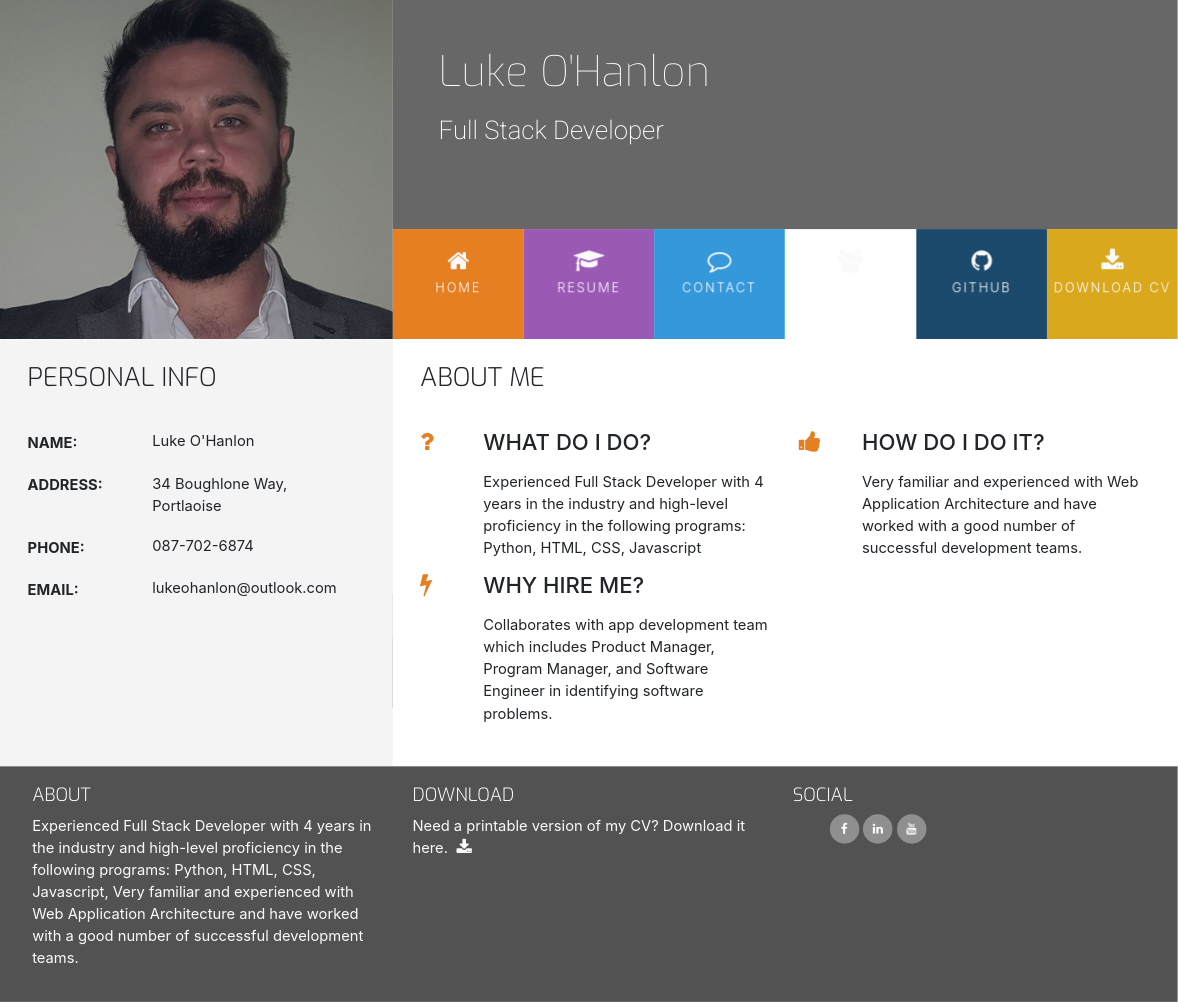
Repository: luke0han/my-resume
Page: index.html
The author's editor kept a record of every edit. The page is drawn from the files as they stood at one moment, then again after the next edit.
The browser window is 1280 px wide. The pictures show the whole page, at 92% of full size.

Above is the page before.

### index.html
<!DOCTYPE html>
<html lang="en">

<head>
    <meta charset="UTF-8">
    <meta name="viewport" content="width=device-width, initial-scale=1.0">
    <meta http-equiv="X-UA-Compatible" content="ie=edge">
    <link rel="stylesheet" href="https://stackpath.bootstrapcdn.com/bootstrap/4.3.1/css/bootstrap.min.css" type="text/css" />
    <link rel="stylesheet" href="https://stackpath.bootstrapcdn.com/font-awesome/4.7.0/css/font-awesome.min.css">
    <link href="https://fonts.googleapis.com/css?family=Lato:300,400&display=swap" rel="stylesheet">
    <link rel="stylesheet" href="https://cdnjs.cloudflare.com/ajax/libs/hover.css/2.3.1/css/hover-min.css" type="text/css" />
    <link rel="stylesheet" href="assets/css/style.css">
    <title>Luke O'Hanlon</title>
</head>

<body>
   <header>
        <div class="row no-gutters">
            <a class="col-md-4 logo" href="02-index.html"></a>
            <div class="col-md-8">
                <div class="row no-gutters bg-color-name-title">
                    <div class="col heading">
                        <h1 class="name">Luke O'Hanlon</h1>
                        <h2 class="title">Full Stack Developer</h2>
                    </div>
                </div>
                <div class="row no-gutters">
                    <div class="col">
                        <ul id="nav" class="list-inline menucontainer">
                            <li class="col-6 col-sm-2 ui-menu-color-home list-inline-item menuitem">
                                <a href="index.html" class="hvr-sweep-to-bottom"><i class="fa fa-home" aria-hidden="true"></i><span>Home</span></a>
                            </li>
                            <li class="col-6 col-sm-2 ui-menu-color-resume list-inline-item menuitem">
                                <a href="resume.html" class="hvr-sweep-to-bottom"><i class="fa fa-graduation-cap" aria-hidden="true"></i><span>Resume</span></a>
                            </li>
                            <li class="col-6 col-sm-2 ui-menu-color-contact list-inline-item menuitem">
                                <a href="contact.html" class="hvr-sweep-to-bottom"><i class="fa fa-comment-o" aria-hidden="true"></i><span>Contact</span></a>
                            </li>
                            <li class="col-6 col-sm-2 ui-menu-color-interests list-inline-item menuitem">
                                <a href="interests.html" class="hvr-sweep-to-bottom"><i class="fa fa-users" aria-hidden="true"></i><span>Interests</span></a>
                            </li>
                            <li class="col-6 col-sm-2 ui-menu-color-github list-inline-item menuitem">
                                <a href="github.html" class="hvr-sweep-to-bottom"><i class="fa fa-github" aria-hidden="true"></i><span>GitHub</span></a>
                            </li>
                            <li class="col-6 col-sm-2 ui-menu-color-download list-inline-item menuitem">
                                <a href="assets/cv/sample-cv.pdf" target="_blank" class="hvr-sweep-to-bottom"><i class="fa fa-download" aria-hidden="true"></i><span>Download CV</span></a>
                            </li>
                        </ul>
                    </div>
                </div>
                </div>
            </div>
        </div>
    </header>

    <section class="container-fluid">
        <div class="row">
            <div class="col-md-4 bg-color-personal-info section-column">
                <div class="row">
                    <div class="col-12">
                        <h3 class="section-heading uppercase">Personal Info</h3>
                    </div>
                </div>
                <div class="personal-info-item">
                    <div class="key">
                        <p class="uppercase">
                            Name:
                        </p>
                    </div>
                    <div class="value">
                        <p>
                            Luke O'Hanlon
                        </p>

                    </div>
                </div>
                <div class="personal-info-item">
                    <div class="key">
                        <p class="uppercase">
                            Address:
                        </p>
                    </div>
                    <div class="value">
                        <p>
                            34 Boughlone Way, Portlaoise
                        </p>
                    </div>
                </div>
                <div class="personal-info-item">
                    <div class="key">
                        <p class="uppercase">
                            Phone:
                        </p>
                    </div>
                    <div class="value">
                        <p>
                            087-702-6874
                        </p>
                    </div>
                </div>
                <div class="personal-info-item">
                    <div class="key">
                        <p class="uppercase">
                            Email:
                        </p>
                    </div>
                    <div class="value">
                        <p>
                            lukeohanlon@outlook.com
                        </p>
                    </div>
                </div>
            </div>
            <div class="col-md-8 bg-color-three-reasons section-column">
                <div class="row">
                    <div class="col">
                        <h3 class="section-heading uppercase">About me</h3>
                    </div>
                </div>
                <div class="row">
                    <div class="col-10 offset-1 offset-sm-0 col-sm-4 col-md-6">
                        <div class="row">
                            <div class="col-2">
                                <i class="three-reasons-icon fa fa-question" aria-hidden="true"></i>
                            </div>
                            <div class="col-10">
                                <h4 class="three-reasons-heading uppercase">What do I do?</h4>
                                <p>Experienced Full Stack Developer with 4 years in the industry and high-level proficiency in the following programs: Python, HTML, CSS, Javascript</p>
                            </div>
                        </div>
                    </div>
                    <div class="col-10 offset-1 offset-sm-0 col-sm-4 col-md-6">
                        <div class="row">
                            <div class="col-2">
                                <i class="three-reasons-icon fa fa-thumbs-up" aria-hidden="true"></i>
                            </div>
                            <div class="col-10">
                                <h4 class="three-reasons-heading uppercase">How do I do it?</h4>
                                <p>Very familiar and experienced with Web Application Architecture and have worked with a good number of successful development teams.</p>
                            </div>

                        </div>
                    </div>
                    <div class="col-10 offset-1 offset-sm-0 col-sm-4 col-md-6">
                        <div class="row">
                            <div class="col-2">
                                <i class="three-reasons-icon fa fa-bolt" aria-hidden="true"></i>
                            </div>
                            <div class="col-10">
                                <h4 class="three-reasons-heading uppercase">Why hire me?</h4>
                                <p>Collaborates with app development team which includes Product Manager, Program Manager, and Software Engineer in identifying software problems.</p>
                            </div>

                        </div>
                    </div>
                </div>
            </div>
        </div>

    </section>
    <footer class="container-fluid">
        <div id="footer-details" class="row">
            <div class="col-sm-4">
                <h5 class="uppercase general-sub">About</h5>
                <p class="inline-block">
                    Experienced Full Stack Developer with 4 years in the industry and high-level proficiency in the following programs: Python, HTML, CSS, Javascript, Very familiar and experienced with Web Application Architecture and have worked with a good number of successful
                    development teams.
                </p>
            </div>
            <div class="col-sm-4">
                <h5 class="uppercase general-sub">Download</h5>
                <p class="inline-block">
                    Need a printable version of my CV? Download it here.
                    <a href="assets/cv/Luke O'Hanlon.pdf" target="_blank" class="cv-pdf">
                        <i class="fa fa-download" aria-hidden="true"></i>
                        <span class="sr-only">Download link.</span>
                    </a>
                </p>
            </div>
            <div class="col-sm-4">
                <h5 class="uppercase general-sub">Social</h5>
                <ul class="list-inline-block social-links">
                    <li class="list-inline-item">
                        <a target="_blank" href="#">
                            <i class="fa fa-facebook" aria-hidden="true"></i>
                            <span class="sr-only">Facebook.</span>
                        </a>
                    </li>
                    <li class="list-inline-item">
                        <a target="_blank" href="#">
                            <i class="fa fa-linkedin" aria-hidden="true"></i>
                            <span class="sr-only">Linkedin.</span>
                        </a>
                    </li>
                    <li class="list-inline-item">
                        <a target="_blank" href="#">
                            <i class="fa fa-youtube" aria-hidden="true"></i>
                            <span class="sr-only">YouTube.</span>
                        </a>
                    </li>
                </ul>
            </div>
        </div>
    </footer>
</body>

</html>

### assets/css/style.css
@import url('https://fonts.googleapis.com/css?family=Lato:300,400|Roboto:100,200,300,400,500,600,700|Exo:100,200,300,400,500,600,700');
/*****************************************COLORS***************************************/

.bg-color-name-title {
    background-color: #676767;
}

.bg-color-three-reasons{
    background-color: #fff;
}
.ui-menu-color-home {
    background-color: #e67e22;
}

.ui-menu-color-resume {
    background-color: #9b59b6;
}

.ui-menu-color-contact {
    background-color: #3498db;
}

.ui-menu-color-download {
    background-color: #525252;
}

.bg-color-personal-info {
    background-color: #f4f4f4;
}

.bg-color-work-history {
    background-color: #9b59b6;
}

.ui-menu-color-download {
    background-color: #d9a81d;
}


.ui-menu-color-github {
    background-color: #1c4a6c;
}

/*****************************************Special paddings/margins/text***************************************/

h1,
h2,
h3,
h4 {
    margin: 0;
}

.uppercase {
    text-transform: uppercase;
}

.general-sub {
    font-family: "Exo", sans-serif;
    font-weight: 300;
    color: #fafafa;
}

.inline-block {
    display: inline-block;
}

.row-table {
    display: table;
}

.section-column {
    display: table-cell;
    padding: 0 30px 30px;
    float: none;
}
.history-heading,
.section-heading {
    font-family: "Exo", sans-serif;
    font-weight: 300;
    margin-top:25px;
    margin-bottom: 40px;
}

/*****************************************HEADING***************************************/

header {
    margin: 0;
}

.heading {
    margin-left: 50px;
}

.logo {
    background: url("../images/luke.jpg");
    background-position: center;
    background-repeat: no-repeat;
    background-size: cover;
    min-height: 360px;
    transition: all .5s ease-in-out;
    -moz-transition: all .5s ease-in-out;
    -webkit-transition: all .5s ease-in-out;
}

.name {
    font-family: "Exo", sans-serif;
    font-weight: 100;
    font-size: 46px;
    margin-top: 50px;
    color: #fff;
}

.title {
    font-family: "Roboto", sans-serif;
    font-weight: 200;
    font-size: 28px;
    margin-top: 20px;
    margin-bottom: 90px;
    color: #fff;
}

.list-inline-item:not(:last-child) {
    margin: 0;
}

.menucontainer {
    font-size: 0;
}

#nav {
    margin: 0;
}

#nav li {
    font-size: 14px;
    padding: 0;
}

.menuitem {
    height: 120px;
    text-align: center;
    padding: 0;
}

.menuitem a {
    width: 100%;
    text-decoration: none;
    color: #fff;
    height: 120px;
}

.menuitem a i {
    padding-top: 22px;
    display: block;
    color: #fafafa;
    font-size: 26px;
}

.menuitem span {
    display: block;
    width: 100%;
    padding-top: 5px;
    text-align: center;
    text-transform: uppercase;
    font-size: 14px;
    font-weight: 300;
    letter-spacing: 2px;
}

/*****************************************HOVER.CSS***************************************/

.hvr-sweep-to-bottom:before {
    background: rgba(0, 0, 0, 0.2);
    height: 120px;
}

/*****************************************Footer***************************************/

footer {
    background-color: #525252;
    color: #fafafa;
    min-height: 120px;
    margin: 0;
}

.cv-pdf i {
    font-size: 18px;
    color:#fafafa;
    text-align: center;
    padding-left: 5px;
    transition: all 0.35s ease-in-out;
    -moz-transition: all 0.35s ease-in-out;
    -webkit-transition: all 0.35s ease-in-out;
    -o-transition: all 0.35s ease-in-out;
}

.cv-pdf i:hover {
    color: #e84610;
}

.social-links {
    padding-bottom: 15px;
}

.social-links li a i {
    width: 32px;
    height: 32px;
    padding: 12px 0;
    border-radius: 50%;
    font-size: 13px;
    line-height: 7px;
    text-align: center;
    color:#fafafa;
    background: #8f8f8f;
    transition: all 0.35s ease-in-out;
    -moz-transition: all 0.35s ease-in-out;
    -webkit-transition: all 0.35s ease-in-out;
    -o-transition: all 0.35s ease-in-out;
}

.social-links li a i:hover {
    background-color: #e84610;
}

#footer-details {
    padding: 20px;
}

/*****************************************Three Reasons***************************************/

.three-reasons-icon {
    font-size:26px;
    color:#e67e22;
}

.three-reasons-heading {
    margin-bottom: 15px;
}

/*****************************************Personal Info***************************************/

.personal-info-item {
    margin-bottom: 20px;
    display: block;
    clear: both;
}

.personal-info-item .key,
.personal-info-item .value {
    padding-right: 8px;
    display: inline-block;
}

.personal-info-item .key p,
.personal-info-item .value p {
    margin:0;
}

.personal-info-item .key {
    width:30%;
    margin-right: 21px;
    padding-top:2px;
    vertical-align: top;
}

.personal-info-item .key p {
    font-weight: 700;
}

.personal-info-item .value {
    position: relative;
    width:60%;
}

/*****************************************Skills***************************************/

.progress {
    position: relative;
    height: 25px;
    margin-bottom: 4px;
}

.progress-type {
    position: absolute;
    left: 0px;
    font-weight: 400;
    padding: 3px 30px 2px 10px;
    color: #fafafa;
    background-color: rgba(25, 25, 25, 0.2);
}

.progress-section {
    margin: 40px 20px;
}

/*****************************************Work History***************************************/

.history-heading {
    color: #fafafa;
    margin-bottom: 50px;
}

.timeline-item {
    padding: 4em 2em 0em 2em;
    position: relative;
    color: #fafafa;
    border-left: 1px solid;
}

.timeline-item p {
    padding: 0;
    margin: 0;
}

.timeline-item:before {
    content: attr(data-dates);
    position: absolute;
    left: 2.5em;
    top: 3em;
    display: block;
    font-family: "Exo", sans-serif;
    font-weight: 500;
    font-size: 0.8em;
    padding: 0;
    margin: 0;
}

.timeline-item:after {
    width: 12px;
    height: 12px;
    display: block;
    top: 2.4em;
    position: absolute;
    left: -6px;
    border-radius: 12px;
    content: '';
    background: #fafafa;
}

.history-items {
    margin-bottom: 30px;
}

/*****************************************Contact Form***************************************/

.contact-heading {
    font-family: "Exo", sans-serif;
    font-weight: 300;
    margin-top: 25px;
    margin-bottom: 20px;
}

.center-form {
    padding-top: 10px;
    margin: 0 auto;
    max-width: 70%;
}

button[type="submit"] {
    margin-top: 15px;
    margin-bottom: 20px;
    color: #fafafa;
    background-color: #e84610;
}

/*****************************************Media Queries***************************************/

@media(min-width: 992px) {
    .center-form {
        padding-top: 30px;
        min-height: 240px;
        margin: 0 auto;
        max-width: 50%;
    }
}

After the next edit:
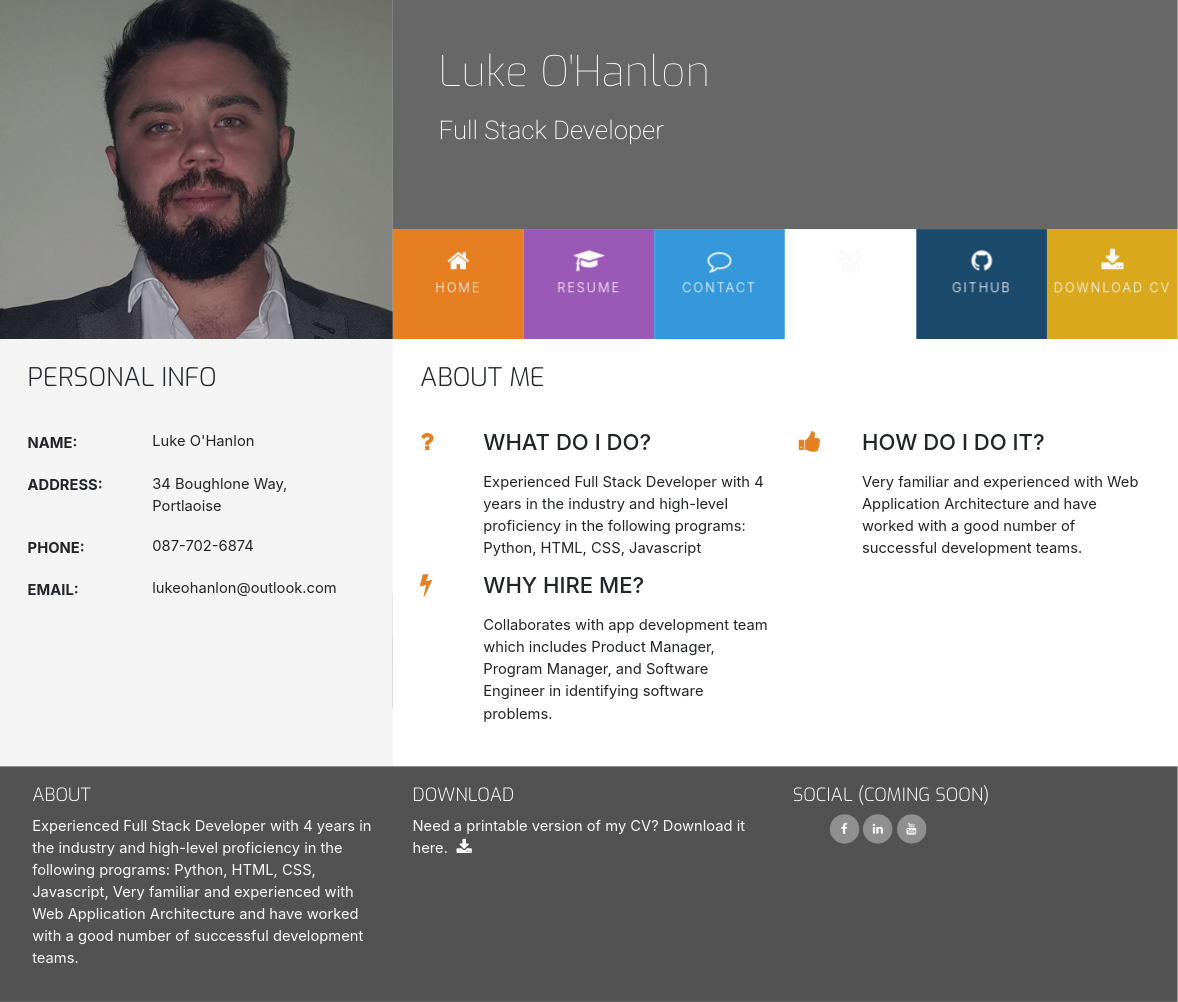
The edit:
--- a/index.html
+++ b/index.html
@@ -178,7 +178,7 @@
                 </p>
             </div>
             <div class="col-sm-4">
-                <h5 class="uppercase general-sub">Social</h5>
+                <h5 class="uppercase general-sub">Social (Coming Soon)</h5>
                 <ul class="list-inline-block social-links">
                     <li class="list-inline-item">
                         <a target="_blank" href="#">
